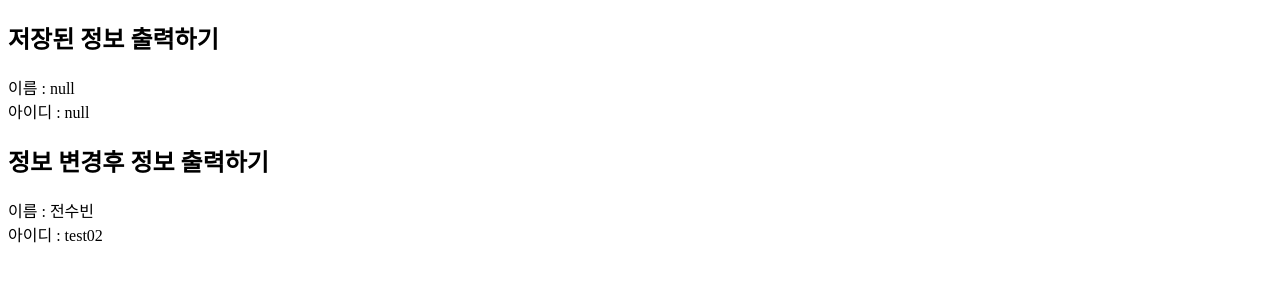
Repository: sinaboro/JSP201310
Page: http://localhost/web-study-06/01_useBeanDemo.jsp
An editor plug-in stored every save of this project. The page is shown before and after the next save, followed by the edit.
The browser window is 1280 px wide. The pictures show the whole page.
The page is served by Tomcat 9.

Above is the page before, as saved 2023-10-12 00:57:02.

### web-study-06/src/main/webapp/01_useBeanDemo.jsp
<%@ page language="java" contentType="text/html; charset=UTF-8"
    pageEncoding="UTF-8"%>
<!DOCTYPE html>
<html>
<head>
<meta charset="UTF-8">
<title>Insert title here</title>
</head>
<body>

<jsp:useBean id="member" class="com.saeyan.javabeans.MemberBean"/>

<h2>저장된 정보 출력하기</h2>
이름 : <%=member.getName() %><br>
아이디  : <%=member.getUserid() %><br>

<h2>정보 변경후  정보 출력하기</h2>
<%
	member.setName("전수빈");
	member.setUserid("test02");
%>
이름 : <%=member.getName() %><br>
아이디  : <%=member.getUserid() %><br>
</body>
</html>

### web-study-06/src/main/java/com/saeyan/javabeans/MemberBean.java
package com.saeyan.javabeans;

import lombok.Getter;
import lombok.Setter;

@Setter
@Getter
public class MemberBean {

	private String name;
	private String userid;
	private String nickname;
	private String pwd;
	private String email;
	private String phone;

}

After the next save:
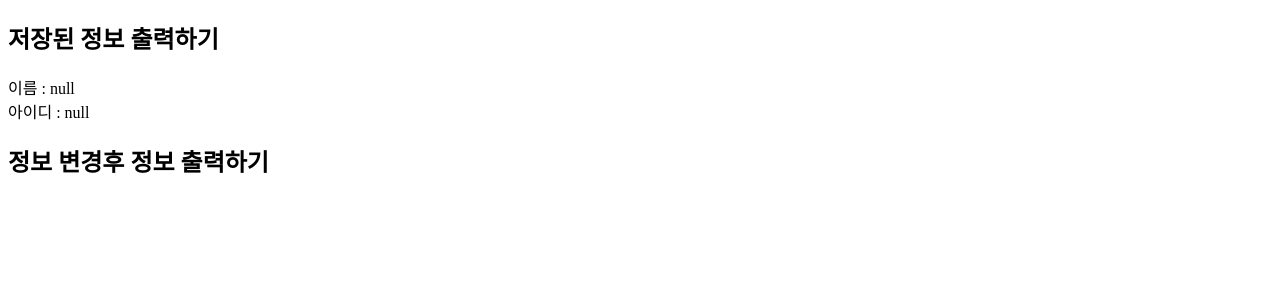
Saved 2 min 59 s later.
--- a/web-study-06/src/main/webapp/01_useBeanDemo.jsp
+++ b/web-study-06/src/main/webapp/01_useBeanDemo.jsp
@@ -19,7 +19,7 @@
 	member.setName("전수빈");
 	member.setUserid("test02");
 %>
-이름 : <%=member.getName() %><br>
-아이디  : <%=member.getUserid() %><br>
+<%-- 이름 : <%=member.getName() %><br>
+아이디  : <%=member.getUserid() %><br> --%>
 </body>
 </html>
